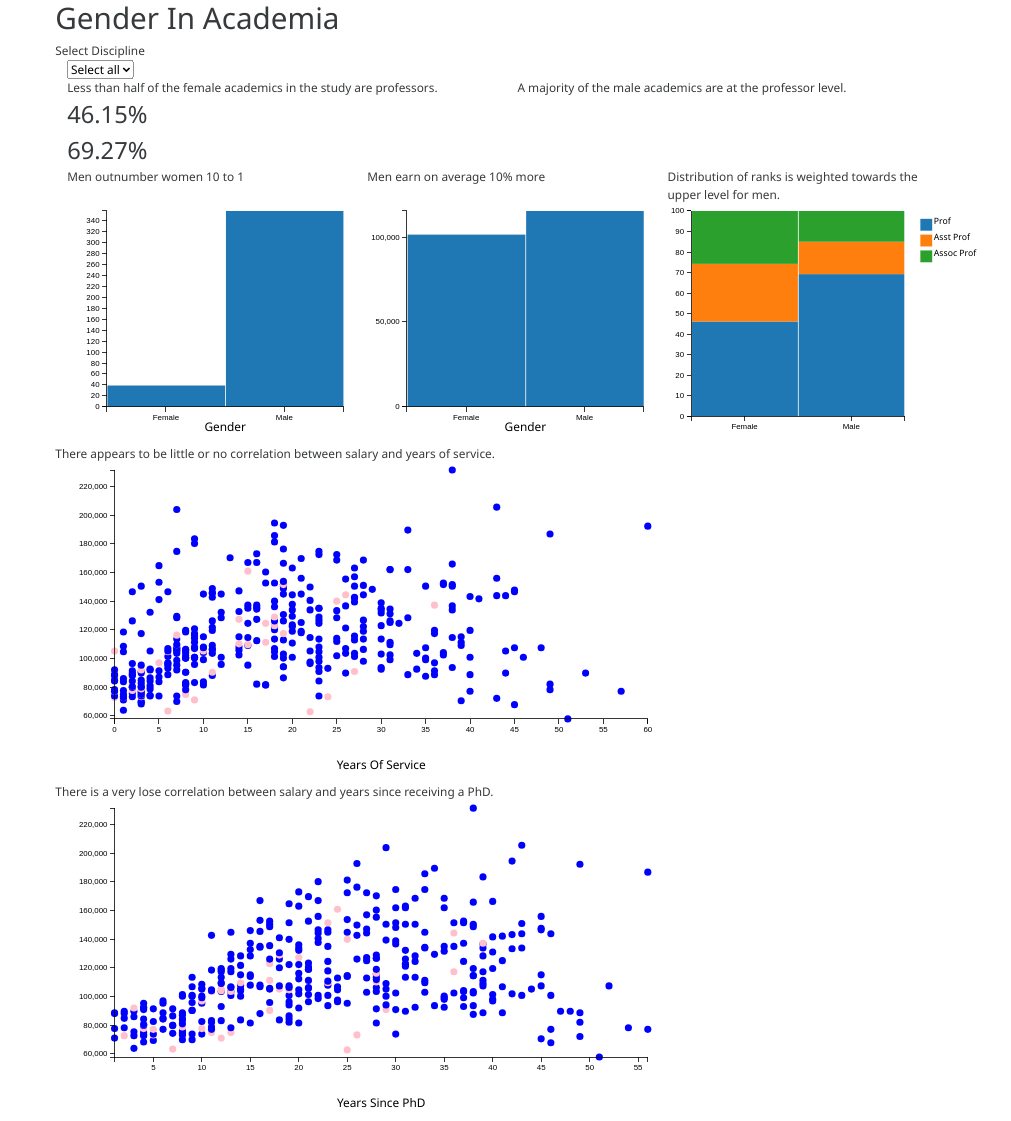
Repository: MartinCurran28/Dashboard
Page: index.html
The author's editor kept a record of every edit. The page is drawn from the files as they stood at one moment, then again after the next edit.
The browser window is 1280 px wide. The pictures show the whole page, at 79% of full size.

Above is the page before.

After the next edit:
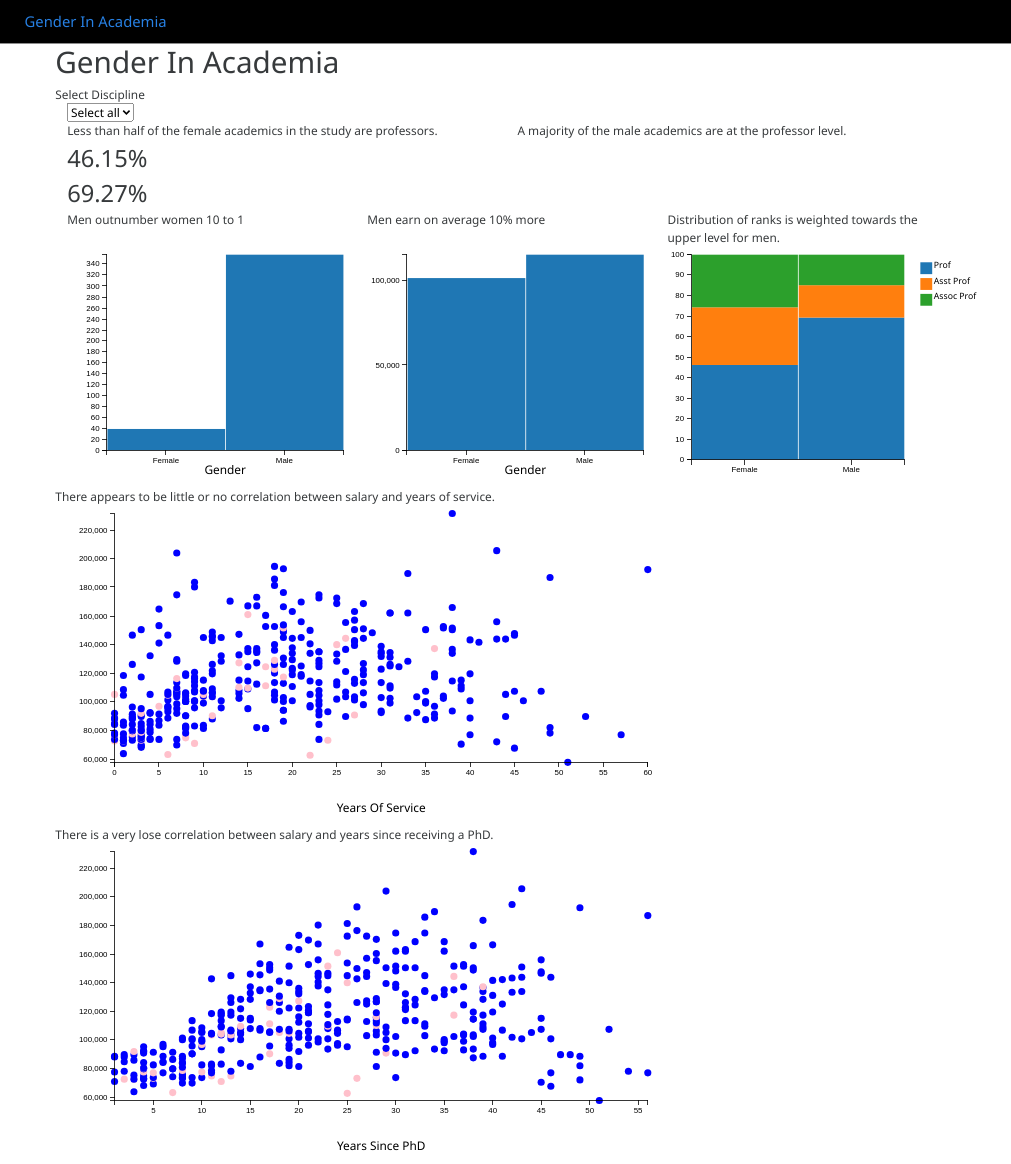
The edit:
--- a/index.html
+++ b/index.html
@@ -21,6 +21,14 @@
 
 
 <body>
+
+  <nav class="navbar navbar-default">
+      <div class="container-fluid">
+        <div class="navbar-header">
+          <a class="navbar-brand" href="#">Gender In Academia</a>
+        </div>
+    </div>
+   </nav>
     <div class="container">
 
         <div class="row">
